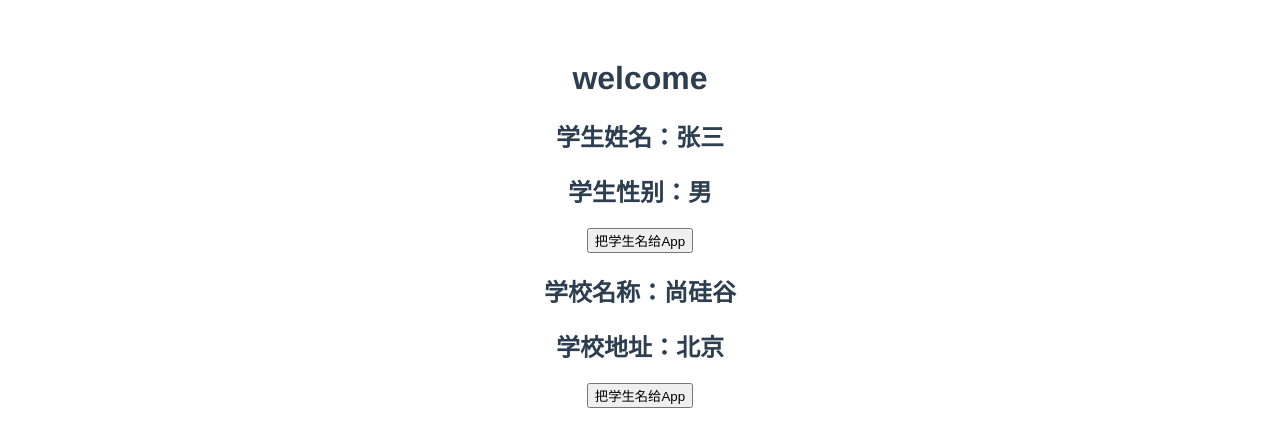
Repository: 319226862/wyy
Page: / (app in test/)
The author's editor kept a copy of each file at every save. The page is drawn from the files as they stood at one save, then again after the next save.
The browser window is 1280 px wide. The pictures show the whole page.
The project was rebuilt for these pictures with package versions that can differ from the ones it lists, and the page was loaded fresh each time. Also part of the build but not shown: test/vue.config.js.

Above is the page before, as saved 2023-06-21 15:15:08.

### test/src/App.vue
<template>
  <div id="app">
    <h1>{{ msg }}</h1>
    <School v-on:aaa="demo"/>
    <Student ref="bindSchool"/>
    <!-- <Student v-on:getMessage="getMsg"/> -->
  </div>
</template>

<script>
import School from './components/School.vue';
import Student from './components/Student.vue';
export default {
  name: 'App',
  data(){
    return {
      msg:'welcome'
    }
  },
  components: {
    School,
    Student
  },
  methods:{
    demo(){
      console.log("收到消息")
    },
    getMsg(){
      console.log("student传消息成功")
    }
  },
  mounted(){
    this.$refs.bindSchool.$on('getMessage',function(){
      console.log("student传消息成功")
    })
  }
}
</script>

<style>
#app {
  font-family: Avenir, Helvetica, Arial, sans-serif;
  -webkit-font-smoothing: antialiased;
  -moz-osx-font-smoothing: grayscale;
  text-align: center;
  color: #2c3e50;
  margin-top: 60px;
}
</style>

### test/src/components/School.vue
<template>
    <div class="school">
        <h2>学生姓名：{{ name }}</h2>
        <h2>学生性别：{{ sex }}</h2>
        <button @click="sendStuentdName">把学生名给App</button>
    </div>
</template>

<script>
export default {
    name:'School',
    data(){
        return{
            name: '张三',
            sex:'男'
        }
    },
    methods:{
        sendStuentdName(){
            this.$emit('aaa',this.name )
        }
    }
}
</script>

<style>

</style>

### test/src/components/Student.vue
<template>
    <div class="student">
        <h2>学校名称：{{ name }}</h2>
        <h2>学校地址：{{ address }}</h2>
        <button @click="sendMessage">把学生名给App</button>
    </div>
</template>

<script>
export default {
    name:'Stuent',
    data(){
        return{
            name: '尚硅谷',
            address:'北京'
        }
    },
    methods:{
        sendMessage(){
            this.$emit('getMessage',this.name)
        }
    }
}
</script>

<style>

</style>

Loaded but not shown: test/public/index.html (common file); test/src/main.js (common file)

After the next save:
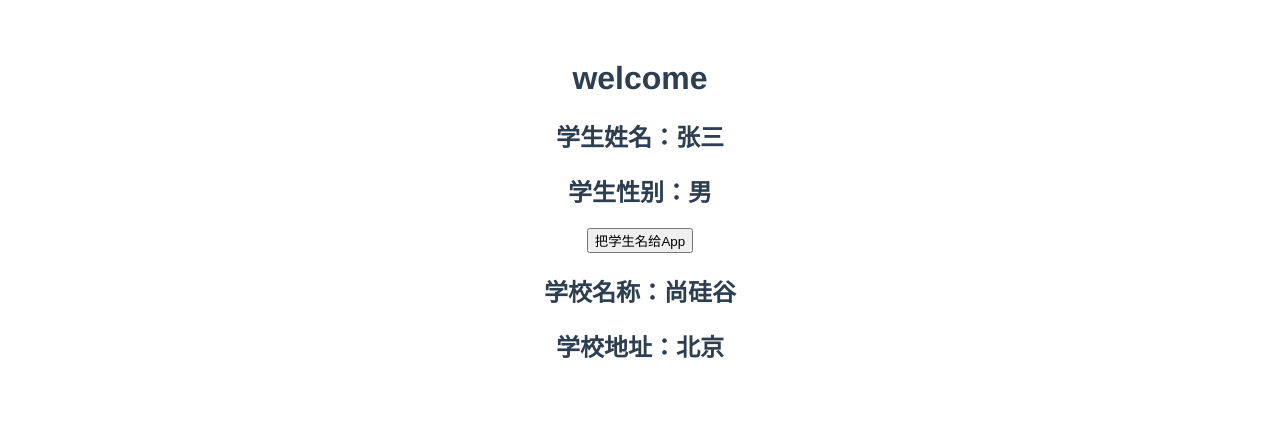
Saved 68 min 26 s later.
--- a/test/src/components/Student.vue
+++ b/test/src/components/Student.vue
@@ -2,7 +2,6 @@
     <div class="student">
         <h2>学校名称：{{ name }}</h2>
         <h2>学校地址：{{ address }}</h2>
-        <button @click="sendMessage">把学生名给App</button>
     </div>
 </template>
 
@@ -16,9 +15,7 @@ export default {
         }
     },
     methods:{
-        sendMessage(){
-            this.$emit('getMessage',this.name)
-        }
+
     }
 }
 </script>
